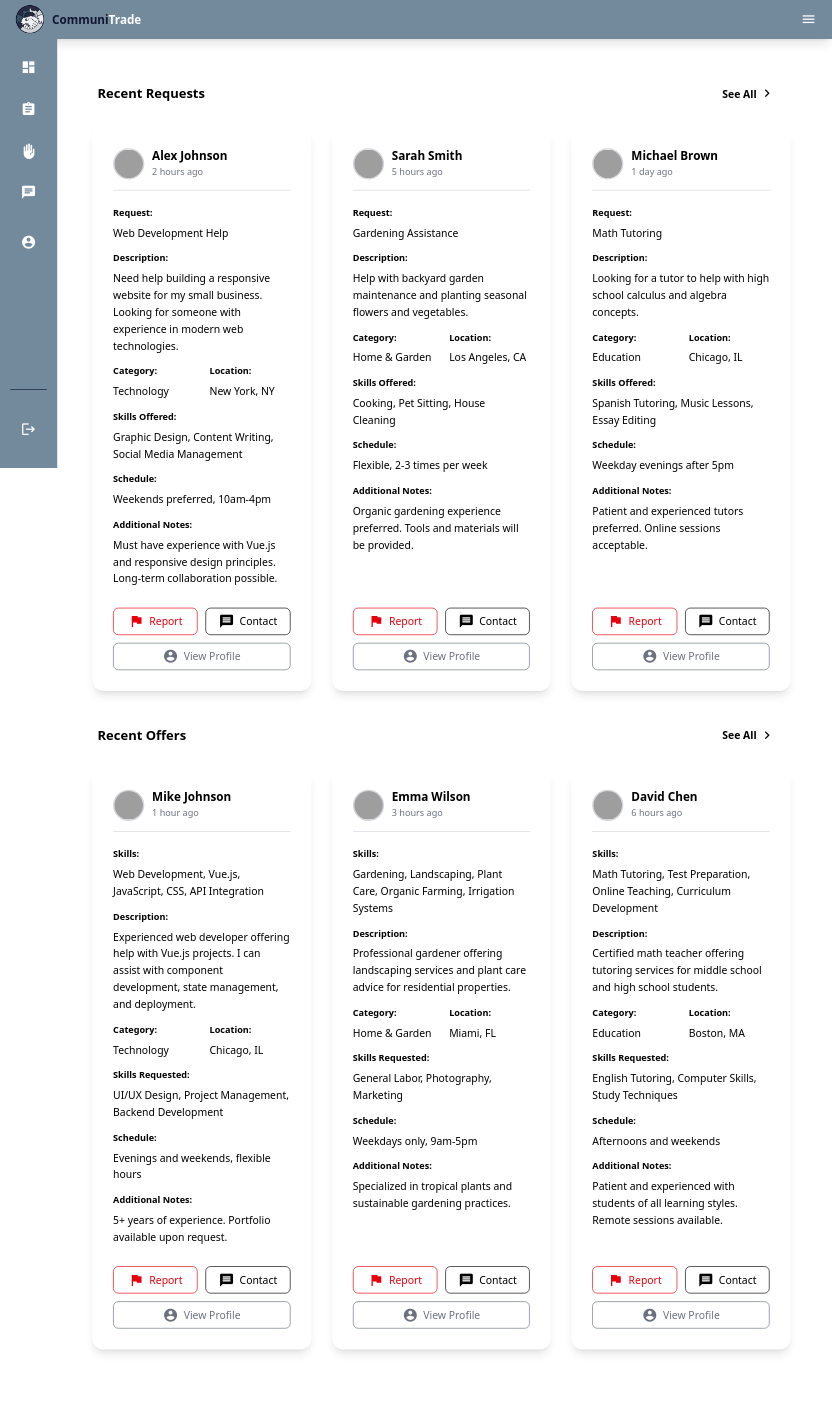
Repository: wholaanmo/communitrade_app
Page: /user/dashboard
The author's editor kept a copy of each file at every save. The page is drawn from the files as they stood at one save, then again after the next save.
The browser window is 1280 px wide. The pictures show the whole page, at 65% of full size.
Pictures or frames that could not be fetched are drawn as grey boxes. The project was rebuilt for these pictures with package versions that can differ from the ones it lists, and the page was loaded fresh each time. Some packages were replaced by stand-ins written for this rebuild. The framework's server and built-in components were replaced by stand-ins that run in the browser. Also part of the build but not shown: next.config.mjs.

Above is the page before, as saved 2025-10-28 01:34:46.

After the next save:
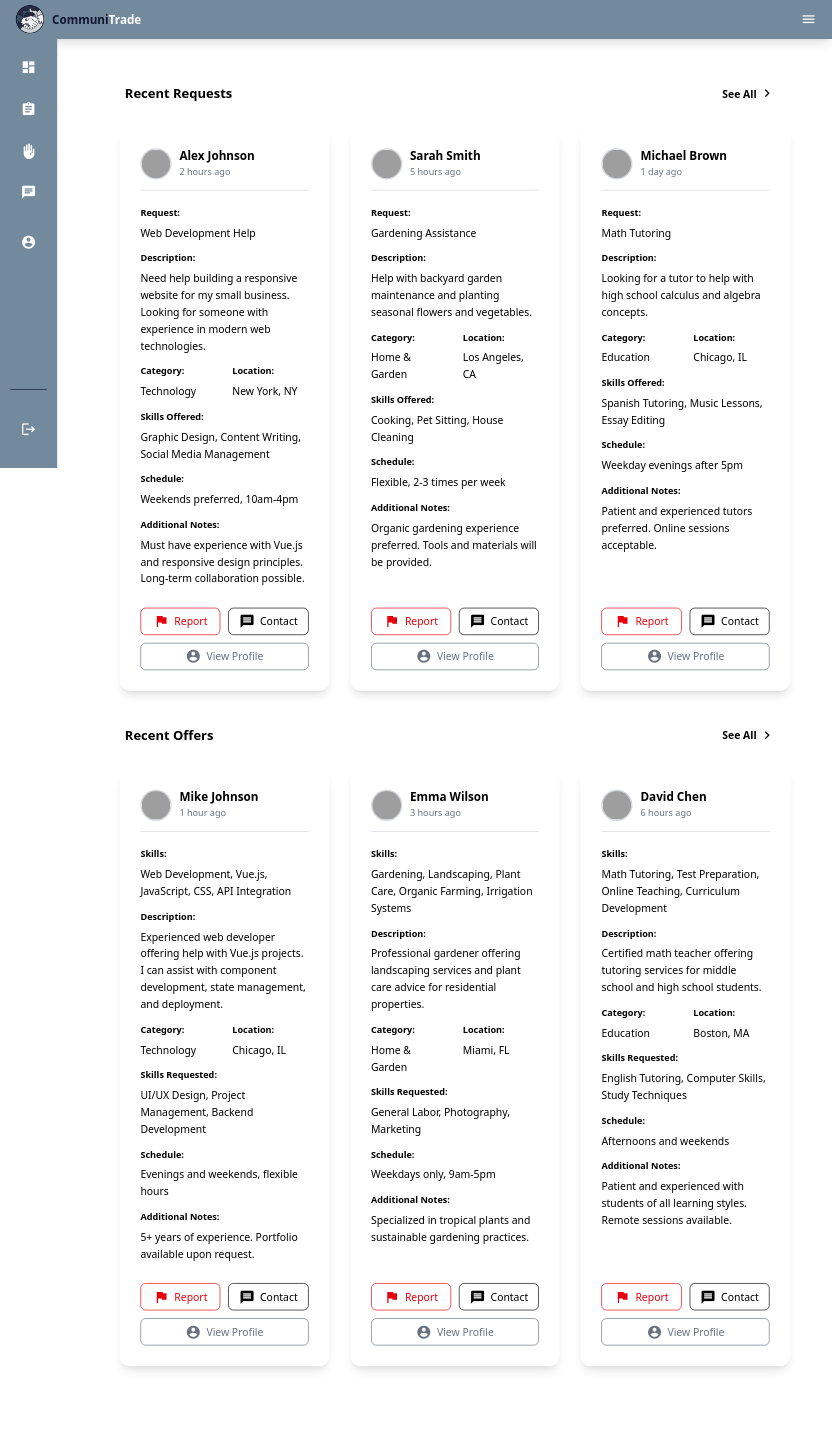
Saved 56 s later.
--- a/app/user/layout.js
+++ b/app/user/layout.js
@@ -17,7 +17,7 @@ export default function UserLayout({ children }) {
       <div className="layout-body flex min-h-[calc(100vh-60px)] mt-[60px]">
         <UserSidebar isOpen={sidebarOpen} onToggle={setSidebarOpen} />
         <main className={`user-content flex-1 transition-all duration-500 ease-out p-8 ${
-          sidebarOpen ? 'ml-[var(--sidebar-width)]' : 'ml-[calc(1.5rem+22px)]'
+          sidebarOpen ? 'ml-[var(--sidebar-width)]' : 'ml-[calc(3.5rem+32px)]'
         }`}>
           {children}
         </main>
